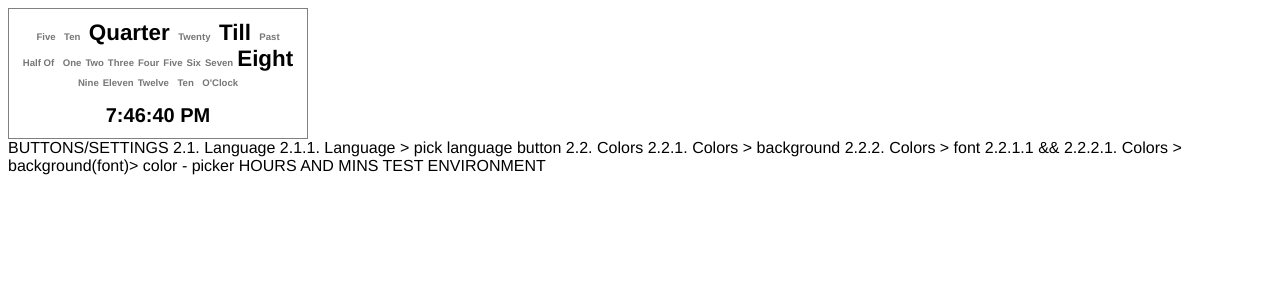
Repository: Skaidrius/WordClock
Page: index.html
The author's editor kept a record of every edit. The page is drawn from the files as they stood at one moment, then again after the next edit.
The browser window is 1280 px wide. The pictures show the whole page.
Some web libraries are served in a nearby version.

Above is the page before.

After the next edit:
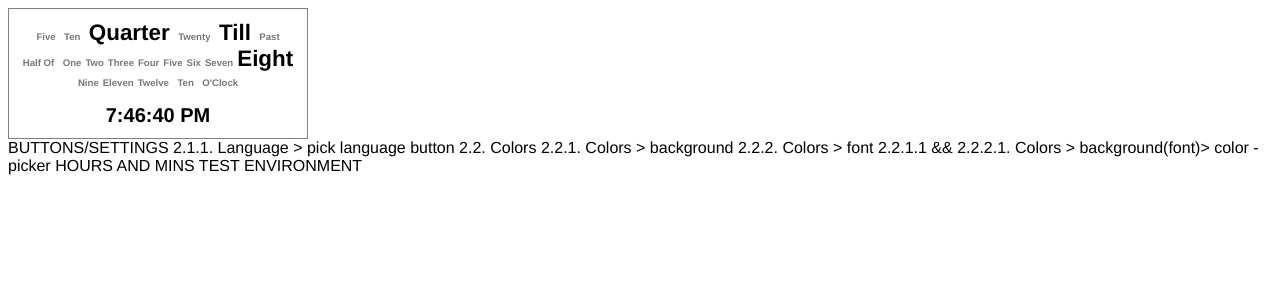
The edit:
--- a/index.html
+++ b/index.html
@@ -62,7 +62,7 @@
             <span ng-show="en">ClockView</span>
         </button>
 
-        2.1. Language
+        <!--2.1. Language -->
         <button ng-show="change && sets" ng-click="lang=!lang; color=false">
             <span ng-show="lt">Kalba</span>
             <span ng-show="en">Language</span>
